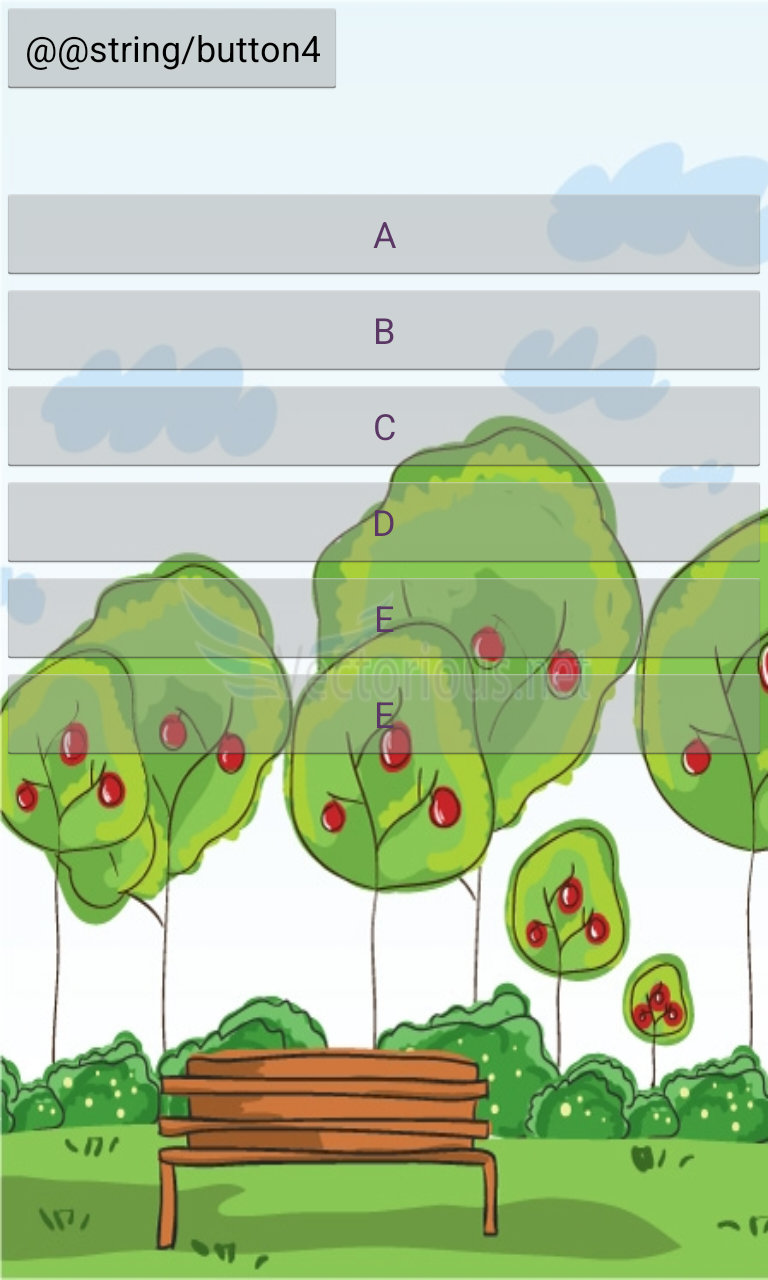
Repository: kurisutianmoscosa-zz/ojt
Layout: ANDROID DEVELOPMENT FILES - EASYABC/AndroidDev/EasyABC/res/layout/activity_second.xml
These files come from the project's save history. The layout is drawn as it stood at one moment and after a run of saves; the edit follows.
It is drawn on a 768 x 1280 px phone screen (xhdpi) without system bars, with theme AppTheme; the app's code is not run.

Above is the layout before, as saved 2013-05-01 17:41:48.

### ANDROID DEVELOPMENT FILES - EASYABC/AndroidDev/EasyABC/res/layout/activity_second.xml
<?xml version="1.0" encoding="utf-8"?>
<LinearLayout xmlns:android="http://schemas.android.com/apk/res/android"
    android:layout_width="match_parent"
    android:layout_height="400sp"
    android:background="@drawable/bg"
    android:orientation="vertical" >

    <Button
        android:id="@+id/button4"
        android:layout_width="wrap_content"
        android:layout_height="wrap_content"
        android:text="@@string/button4" />

    <Button
        android:id="@+id/alpha1"
        android:layout_width="fill_parent"
        android:layout_height="wrap_content"
        android:layout_marginTop="45dp"
        android:text="@string/alpha1"
        android:textColor="#5a3764"
        android:onClick="a1" />

    <Button
        android:id="@+id/alpha2"
        android:layout_width="fill_parent"
        android:layout_height="wrap_content"
        android:textColor="#5a3764"
        android:text="@string/alpha2"
        android:onClick="a2" />

    <Button
        android:id="@+id/alpha3"
        android:layout_width="fill_parent"
        android:layout_height="wrap_content"
        android:textColor="#5a3764"
        android:text="@string/alpha3"
		android:onClick="a3" />

    <Button
        android:id="@+id/alpha4"
        android:layout_width="fill_parent"
        android:layout_height="wrap_content"
        android:textColor="#5a3764"
        android:text="@string/alpha4"
        android:onClick="a4" />

    <Button
        android:id="@+id/alpha5"
        android:layout_width="fill_parent"
        android:layout_height="wrap_content"
        android:textColor="#5a3764"
        android:text="@string/alpha5"
        android:onClick="a5" />
        <Button
        android:id="@+id/alpha6"
        android:layout_width="fill_parent"
        android:layout_height="wrap_content"
        android:textColor="#5a3764"
        android:text="@string/alpha5"
        android:onClick="a6" />

</LinearLayout>

### ANDROID DEVELOPMENT FILES - EASYABC/AndroidDev/EasyABC/res/values/strings.xml
<?xml version="1.0" encoding="utf-8"?>
<resources>

    <string name="app_name">EasyABC</string>
    <string name="action_settings">Settings</string>
    <string name="hello_world">Hello world!</string>
    <string name="title_activity_second">SecondActivity</string>
    <string name="textView1">Welcome to EasyABC</string>
    <string name="button1">Learn Alphabet</string>
    <string name="button2">Deal with Numbers</string>
    <string name="button3">Shapes anywhere</string>

    <string name="alpha1">A</string>
    <string name="alpha2">B</string>
    <string name="alpha3">C</string>
    <string name="alpha4">D</string>
    <string name="alpha5">E</string>
    <string name="alpha6">F</string>
    <string name="alpha7">G</string>
    <string name="alpha8">H</string>
    <string name="alpha9">I</string>
    <string name="alpha10">J</string>
    <string name="alpha11">K</string>
    <string name="alpha12">L</string>
    <string name="alpha13">M</string>
    <string name="alpha14">N</string>
    <string name="alpha15">O</string>
    <string name="alpha16">P</string>
    <string name="alpha17">Q</string>
    <string name="alpha18">R</string>
    <string name="alpha19">S</string>
    <string name="alpha20">T</string>
    <string name="alpha21">U</string>
    <string name="alpha22">V</string>
    <string name="alpha23">W</string>
    <string name="alpha24">X</string>
    <string name="alpha25">Y</string>
    <string name="alpha26">Z</string>








    <string name="title_activity_third">ThirdActivity</string>


    <string name="textView2">Let`s count from 1 to 10</string>




</resources>

Loaded but not shown: ANDROID DEVELOPMENT FILES - EASYABC/AndroidDev/EasyABC/res/values/styles.xml (common file); ANDROID DEVELOPMENT FILES - EASYABC/AndroidDev/EasyABC/res/values-v11/styles.xml (common file); ANDROID DEVELOPMENT FILES - EASYABC/AndroidDev/EasyABC/res/values-v14/styles.xml (common file)

After the next 2 saves:
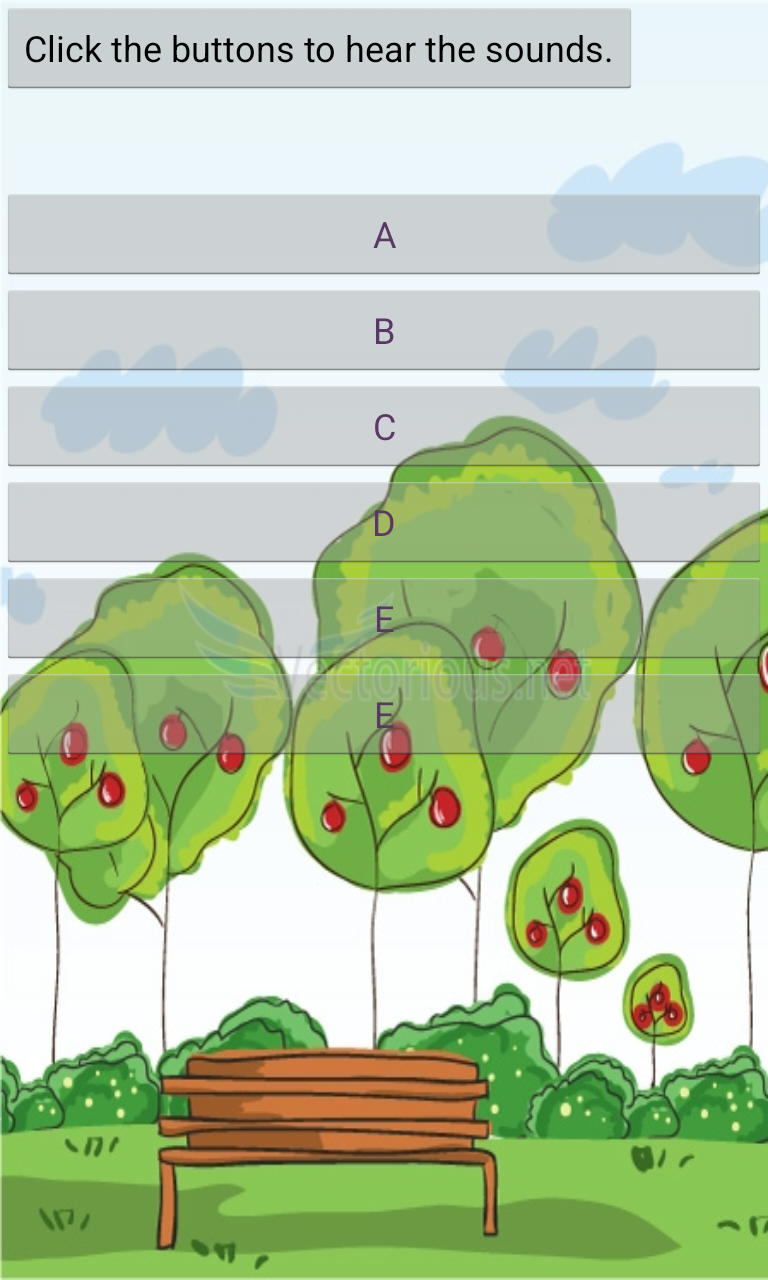
The 2 saves are shown as one change because 1 did not build or start.
The last was saved 73 s later.
--- a/ANDROID DEVELOPMENT FILES - EASYABC/AndroidDev/EasyABC/res/layout/activity_second.xml
+++ b/ANDROID DEVELOPMENT FILES - EASYABC/AndroidDev/EasyABC/res/layout/activity_second.xml
@@ -9,7 +9,7 @@
         android:id="@+id/button4"
         android:layout_width="wrap_content"
         android:layout_height="wrap_content"
-        android:text="@@string/button4" />
+        android:text="@string/button4" />
 
     <Button
         android:id="@+id/alpha1"
--- a/ANDROID DEVELOPMENT FILES - EASYABC/AndroidDev/EasyABC/res/values/strings.xml
+++ b/ANDROID DEVELOPMENT FILES - EASYABC/AndroidDev/EasyABC/res/values/strings.xml
@@ -48,6 +48,7 @@
 
 
     <string name="textView2">Let`s count from 1 to 10</string>
+    <string name="button4">Click the buttons to hear the sounds.</string>
 
 
 
